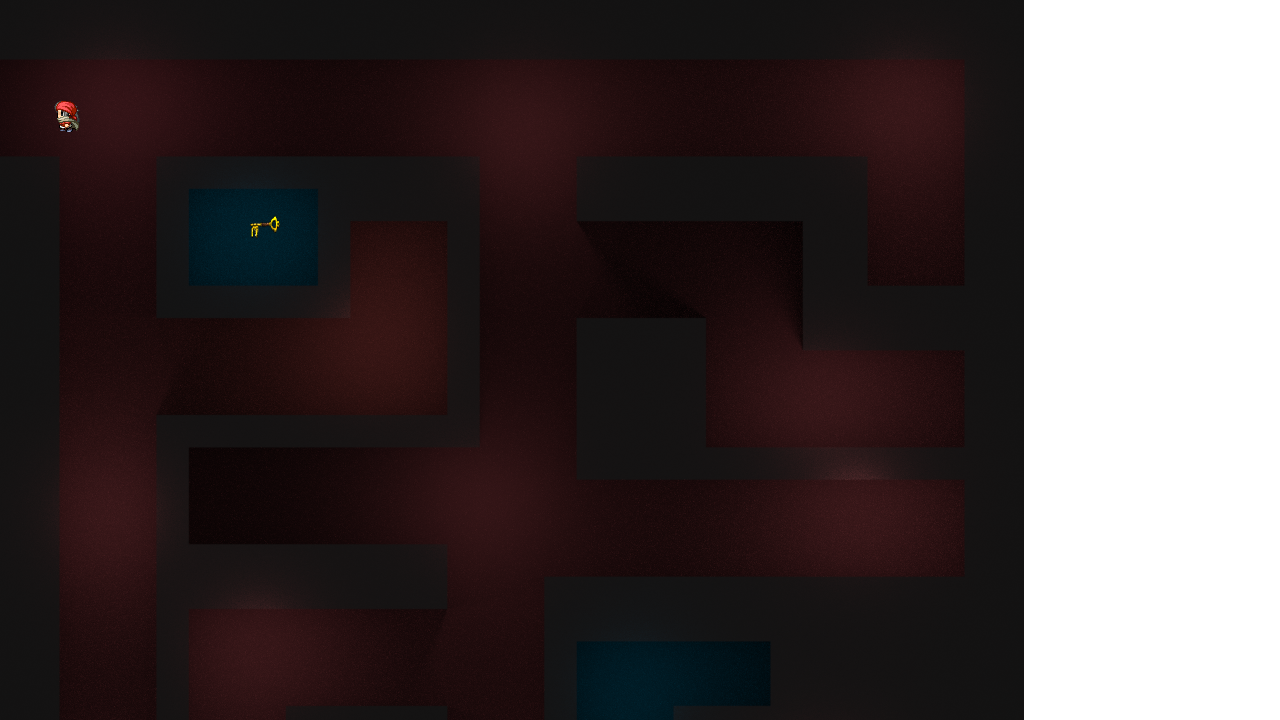
Repository: shiducai/trabajos-U.A.
Page: trabajo07/workspace/index.html
The author's editor kept a record of every edit. The page is drawn from the files as they stood at one moment, then again after the next edit.
The browser window is 1280 px wide. The pictures show the whole page.

Above is the page before.
Console error: TypeError: Cannot read properties of null (reading 'getContext')

### trabajo07/workspace/index.html
<html>
    <head>
        <script src="js/jquery-3.3.1.min.js"></script>

       <style >

           html, body{width:100%;height:100%;margin:0px;padding:0px;overflow:hidden;}

            #escenario{position:absolute;}
            #masc{display:none;position:absolute;}
            #npc{display:none;position:absolute;}


            #menuPrincipal,#menuCreditos,#menuInstrucciones,#menuLose,#menuWin,#menuControles{
                width:400;
                height:400;
                position:absolute;
                color:white;
                font-size:30px;
                text-align:center;
                font-family:menuPrincipal;
             }
              #menuInstrucciones{
                display:none;
             }
             #menuControles{
                display:none;
             }

             #menuLose{
                display:none;
             }
             #menuWin{
                display:none;
            }


       </style>



    </head>
    <body>


        <canvas id="escenario" width=1024px height=1024px></canvas>
        <canvas id="masc" width=1024px height=1024px></canvas>
        <canvas id= "npc" width=1024px height=1024px></canvas>
        <canvas id="lvl2" width=1024px height=1024px></canvas>
        <canvas id="lvl2masc" width=1024px height=1024px></canvas>

         <div id="menuPrincipal">

                 <p id="inicio"> Inicio </p>
                 <p id="instrucciones"> Instrucciones </p>
                 <p id="controles"> Controles </p>

                   </div>
                <div id="menuLose">

                <p class="reiniciar"> Volver al menu inicial </p>

                </div>
                 <div id="menuInstrucciones">
                   tienes que llegar al final del laberinto aunque no todo es lo que parece
                    <p class="volverMenu"> Volver al menu inicial </p>
                </div>

                <div id="menuControles">
                    A: moverte hacia la izquierda / D: moverte hacia la derecha / W: moverte hacia arriba / s: moverte hacia abajo / e :interactuar
                    <p class="volverMenu"> Volver al menu inicial </p>
                </div>
                 <div id="menuWin">
                 has conseguido salir del primer laberinto, quien sabe lo que te esparera despues
                <p class="nivel2"> nivel 2 </p>
                <p class="reiniciar"> Volver al menu inicial </p>
                </div>




        <script src="js/condicionesIniciales.js"></script>

        <script src="js/controles.js"></script>
        <script src="js/inicioMap1.js"></script>
        <script src="js/bucleMap1.js"></script>
        <script src="js/buclemap2.js"></script>
    </body>
</html>

### trabajo07/workspace/js/condicionesIniciales.js
///////////////////mapa//////////////

var contextoEscenario = document.getElementById("escenario").getContext("2d")
var imgEscenario = new Image();imgEscenario.src="imagenes/mazmorra.png"

//////////////////mascarilla//////////////

var contextoMasc = document.getElementById("masc").getContext("2d")
var imgMasc = new Image();imgMasc.src="imagenes/mascmaz.png"

/////////////////////contexto npc////////

var contextoNpc = document.getElementById("npc").getContext("2d")

/////////////personaje////////////////
var imgPersonaje = new Image();imgPersonaje.src="imagenes/personaje.png"

var posxPerMap1 = 50;
var posyPerMap1 = 100;
var vidas = 1;
var llaves = 0;

var accion = false;
var contadorPer = 0;
var direccion ="";
var colision = "";
var myw = false;
var mys =false;
var mxi = false;
var mxd = false;

/////////alien///////////
var imgAlien = new Image();imgAlien.src = "imagenes/alien.png"

var posxAlien = 190;
var posyAlien = 750;


/////////////////llaves////////////

var imgLlave = new Image();imgLlave.src="imagenes/llave.png"
var contadorLlaves = 0;

//////llave1

var posxLlave1Map1 = 250;
var posyLlave1Map1 = 215;


//////llave2

var posxLlave2Map1 = 630;
var posyLlave2Map1 = 800;

//////llave3

var posxLlave3Map1 = 240;
var posyLlave3Map1 = 800;

//////////////////////////////////////

//////////////////puertas/////////////

var imgPuerta = new Image();imgPuerta.src="imagenes/puertas.png"
var contadorPuertas = 0;

////puerta 1///////////////

var posxPuerta1Map1 = 480;
var posyPuerta1Map1 = 320;

////puerta 2///////////////

var posxPuerta2Map1 = 450;
var posyPuerta2Map1 = 760;

////////////general/////////////

var millis = 1000/fps;
setTimeout("inicioMap1()",1000)
var temporizador;
var fps = 100;



/////////////////////lvl2//////////////////////

/////////mapa/////////////

var contextoLevel2 = document.getElementById("lvl2").getContext("2d")
var imgLevel2= new Image();imgLevel2src="imagenes/mazmorra.png"

//////////////////mascarilla//////////////

var contextoLevel2Masc = document.getElementById("level2masc").getContext("2d")
var imgLevel2Masc = new Image();imgLevel2Masc.src="imagenes/lvl2masc.png"

/////////////personaje////////////////

var posxPerMap1 = 50;
var posyPerMap1 = 100;
var vidas = 1;
var llaves = 0;

var accion = false;
var contadorPer = 0;
var direccion ="";
var colision = "";
var myw = false;
var mys =false;
var mxi = false;
var mxd = false;


///////////////////////////////////////////////


/////////////menus///////////////

$("#inicio").click(function(){
    $("#menuPrincipal").fadeOut("slow")
    inicioMap1();
    bucleMap1();


})
$("#instrucciones").click(function(){
    $("#menuPrincipal").fadeOut("slow")
    $("#menuInstrucciones").fadeIn("slow")
})
$("#controles").click(function(){
    $("#menuPrincipal").fadeOut("slow")
    $("#menuControles").fadeIn("slow")

})
$(".volverMenu").click(function(){
    $("#menuInstrucciones").fadeOut("slow")
    $("#menuControles").fadeOut("slow")
    $("#menuPrincipal").fadeIn("slow")

})
$(".reiniciar").click(function(){
   location.reload();


})

$(".nivel2").click(function(){
   buclemap2();


})

### trabajo07/workspace/js/controles.js
     $(document).keydown(function (event) {
                if (event.key == "w") {
                    myw = true;
                    direccion = "w";
                    contadorPer++;
                }


                if (event.key == "a") {
                    mxi = true;
                    direccion = "a";
                    contadorPer++;
                }
                if (event.key == "d") {
                    mxd = true;
                    direccion = "d";
                    contadorPer++;
                }
                if (event.key == "s") {
                    mys = true;
                    direccion = "s";
                    contadorPer++;
                }
                if (event.key == "e") {
                    accion = true;
                }
            });
             $(document).keyup(function (event) {
                if (event.key == "w") { myw = false;contadorPer= 0}
                if (event.key == "a") { mxi = false;contadorPer = 0}
                if (event.key == "d") { mxd = false;contadorPer = 0}
                if (event.key == "s") { mys = false;contadorPer = 0}
                if (event.key == "e") { accion = false;}
            });

### trabajo07/workspace/js/inicioMap1.js
function inicioMap1(){

    ///////////////dibujo lo inicial //////////////
    contextoEscenario.drawImage(imgEscenario,0,0);
    contextoMasc.drawImage(imgMasc,0,0);
    contextoEscenario.drawImage(imgPersonaje,0,32,32,32,posxPerMap1,posyPerMap1,32,32);
    contextoEscenario.drawImage(imgLlave,posxLlave1Map1,posyLlave1Map1);
    contextoMasc.drawImage(imgLlave,posxLlave1Map1,posyLlave1Map1);
    contextoEscenario.drawImage(imgLlave,posxLlave2Map1,posyLlave2Map1);
    contextoMasc.drawImage(imgLlave,posxLlave2Map1,posyLlave2Map1);

    temporizador = setTimeout("bucle()",1000)

}

### trabajo07/workspace/js/bucleMap1.js
function bucleMap1(){
    contextoMasc.clearRect(0,0,1024,1024);
    contextoEscenario.clearRect(0,0,1024,1024);


    contextoEscenario.drawImage(imgEscenario,0,0);
    contextoMasc.drawImage(imgMasc,0,0);


    /////dibujo llaves////////

    contextoEscenario.drawImage(imgLlave,posxLlave1Map1,posyLlave1Map1);
    contextoMasc.drawImage(imgLlave,posxLlave1Map1,posyLlave1Map1);

    contextoEscenario.drawImage(imgLlave,posxLlave2Map1,posyLlave2Map1);
    contextoMasc.drawImage(imgLlave,posxLlave2Map1,posyLlave2Map1);

    contextoEscenario.drawImage(imgLlave,posxLlave3Map1,posyLlave3Map1);
    contextoMasc.drawImage(imgLlave,posxLlave3Map1,posyLlave3Map1);


    ///donijo puertas////////
    contextoEscenario.drawImage(imgPuerta,0,0,120,112,posxPuerta1Map1,posyPuerta1Map1,95,80);
    contextoMasc.drawImage(imgPuerta,0,0,120,112,posxPuerta1Map1,posyPuerta1Map1,95,80);

    contextoEscenario.drawImage(imgPuerta,0,0,120,112,posxPuerta2Map1,posyPuerta2Map1,95,80);
    contextoMasc.drawImage(imgPuerta,0,0,120,112,posxPuerta2Map1,posyPuerta2Map1,95,80);






    ////////////////colisiones//////////

        /////abajo/////


            var alfaS = contextoMasc.getImageData(posxPerMap1+16,posyPerMap1+32,1,1).data[3]
                if(alfaS == 0){
                      colision ="";
                }else{
                    mys = false;
                    colision ="s";
                    }


        /////arriba/////


            var alfaW = contextoMasc.getImageData(posxPerMap1+16,posyPerMap1,1,1).data[3]
                if(alfaW == 0){
                    colision ="";
                }else{
                    myw = false;
                    colision = "w";
                    }


        /////derecha//////


            var alfaD = contextoMasc.getImageData(posxPerMap1+32,posyPerMap1+16,1,1).data[3]
                if(alfaD == 0){
                    colision = "";
                }else{
                    mxd = false;
                    colision = "d";
                    }

        ////izquierda//////

            var alfaA = contextoMasc.getImageData(posxPerMap1,posyPerMap1+16,1,1).data[3]
                if(alfaA == 0){
                    colision = "";
                }else{
                    mxi = false;
                    colision = "a";
                    }

            if (posxPerMap1 <=5){mxi = false}

           /////////////////colision/accion objetos/////////////////
           ////llaves//////

           if(accion == true){
               if(posxPerMap1 >=posxLlave1Map1 - 15
               && posxPerMap1 <= posxLlave1Map1 + 45
               && posyPerMap1 >= posyLlave1Map1 - 15
               && posyPerMap1 <= posyLlave1Map1 + 40){

                   llaves = 1;
                   posxLlave1Map1 = -1000;



               }
                if(posxPerMap1 >= posxLlave2Map1 - 15
               && posxPerMap1 <= posxLlave2Map1 + 45
               && posyPerMap1 >= posyLlave2Map1 - 15
               && posyPerMap1 <= posyLlave2Map1 + 40){

                   llaves = 2;
                   posxLlave2Map1 = -1000;



               }

                if(posxPerMap1 >= posxLlave3Map1 - 15
               && posxPerMap1 <= posxLlave3Map1 + 45
               && posyPerMap1 >= posyLlave3Map1 - 15
               && posyPerMap1 <= posyLlave3Map1 + 40){

                    posxLlave3Map1 = -1000;
                    contextoEscenario.drawImage(imgAlien,posxAlien,posyAlien);
                    contextoMasc.drawImage(imgAlien,posxAlien,posyAlien);
                    vidas--


               }

               if(llaves == 1){
                    if(posxPerMap1 >= posxPuerta1Map1 -30
                    && posxPerMap1 <= posxPuerta1Map1 + 80
                    && posyPerMap1 >= posyPuerta1Map1 -50
                    && posyPerMap1 <= posyPuerta1Map1 +30){

                       posxPuerta1Map1 = -1000;
                  /*    for(var i ; i < 2; i++){
                         contextoEscenario.drawImage(imgPuerta,i*120,0,120,112,posxPuerta1Map1,posyPuerta1Map1,95,80)

                         if (i == 3){
                             posxPuerta1Map1 = -1000;
                         }
                      }*/


                    }
                   }

                   if(llaves == 2){
                   if(posxPerMap1 >= posxPuerta2Map1-30
                    && posxPerMap1 <= posxPuerta2Map1 +80
                    && posyPerMap1 >= posyPuerta2Map1 -50
                    && posyPerMap1 <= posyPuerta2Map1 +30){

                       posxPuerta2Map1 = -1000;
                    /*  for(var q ; q < 2; q++){
                         contextoEscenario.drawImage(imgPuerta,q*120,0,120,112,posxPuerta2Map1,posyPuerta2Map1,95,80)

                         if (i == 3){
                             posxPuerta2Map1 = -1000;
                         }
                      }*/



                   }
               }
           }



            ////////////win//////////
            if(posxPerMap1 >= 880 && posyPerMap1 >= 990){
                $("#escenario").fadeOut("slow")
                $("#menuWin").fadeIn("slow")
            }
    ///////////////////////////////////////////////////////
            ///////lose/////////
            if(vidas == 0){
                $("#menuLose").fadeIn("slow")
            }

    /////////movimiento//////////////

    if(myw == true){posyPerMap1 -= 3}
    if(mys == true){posyPerMap1 += 3}
    if(mxi == true){posxPerMap1 -= 3}
    if(mxd == true){posxPerMap1 += 3}

    /////////////////////////////////dibujo///////

                    switch (direccion) {
                        case "w":
                            contextoEscenario.drawImage(imgPersonaje,contadorPer*32,96,32,32,posxPerMap1,posyPerMap1,32,32)
                            break;

                        case "s":
                            contextoEscenario.drawImage(imgPersonaje,contadorPer*32,0,32,32,posxPerMap1,posyPerMap1,32,32)
                            break;
                        case "a":
                            contextoEscenario.drawImage(imgPersonaje,contadorPer*32,32,32,32,posxPerMap1,posyPerMap1,32,32)
                            break;
                            case "d":
                            contextoEscenario.drawImage(imgPersonaje,contadorPer*32,64,32,32,posxPerMap1,posyPerMap1,32,32)
                            break;
                            case "":
                            contextoEscenario.drawImage(imgPersonaje,0,64,32,32,posxPerMap1,posyPerMap1,32,32)
                            break;
                    }
                    if(contadorPer ==2){contadorPer = 0}



    console.log(llaves)
    clearTimeout(temporizador)
    temporizador = setTimeout("bucleMap1()",millis)

}

### trabajo07/workspace/js/buclemap2.js
function bucleMap2(){
    contextoLevel2Masc.clearRect(0,0,1024,1024);
    contextoLevel2.clearRect(0,0,1024,1024);


    contextoLevel2.drawImage(imgLevel2,0+dx,0+dy);
    contextoLevel2Masc.drawImage(imgLevel2Masc,0+dx,0+dy);


    ////////////////colisiones//////////

        /////abajo/////


            var alfaSM2 = contextoLevel2Masc.getImageData(posxPerMap2+16+dx,posyPerMap2+32+dy,1,1).data[3]
                if(alfaSM2 == 0){
                      colision ="";
                }else{
                    mys = false;
                    colision ="s";
                    }


        /////arriba/////


            var alfaWM2 = contextoLevel2Masc.getImageData(posxPerMap2+16+dx,posyPerMap2+dy,1,1).data[3]
                if(alfaWM2 == 0){
                    colision ="";
                }else{
                    myw = false;
                    colision = "w";
                    }


        /////derecha//////


            var alfaDM2 = contextoLevel2Masc.getImageData(posxPerMap2+32+dx,posyPerMap2+16+dy,1,1).data[3]
                if(alfaDM2 == 0){
                    colision = "";
                }else{
                    mxd = false;
                    colision = "d";
                    }

        ////izquierda//////

            var alfaAM2 = contextoLevel2Masc.getImageData(posxPerMap2+dx,posyPerMap2+16+dy,1,1).data[3]
                if(alfaAM2 == 0){
                    colision = "";
                }else{
                    mxi = false;
                    colision = "a";
                    }

            if (posxPerMap2+dx <=5){mxi = false}


            ////////////win//////////
            if(posxPerMap2+dx <= 260 && posyPerMap2+dy <= 200){
                $("#lvl2").fadeOut("slow")
                $("#menuWin2").fadeIn("slow")
            }

    /////////movimiento//////////////

    if(myw == true){posyPerMap2 -= 3}
    if(mys == true){posyPerMap2 += 3}
    if(mxi == true){posxPerMap2 -= 3}
    if(mxd == true){posxPerMap2 += 3}










    posxPerMap2 = posxPerMap2 +dx;
    posyPerMap2 = posyPerMap2 +dy

        /////////////////////////desfase///////////////

     if(posxPerMap2 + dx > 400){dx-=5}
     if(posxPerMap2 + dx < 100){dx+=5}
     if(posyPerMap2 + dy > 400){dy-=5}
     if(posyPerMap2 + dy < 100){dy+=5}

    ///////////////////////////////////////////////

    /////////////////////////////////dibujo///////

                    switch (direccion) {
                        case "w":
                            contextoLevel2.drawImage(imgPersonaje,contadorPer*32,96,32,32,posxPerMap2+dx,posyPerMap2+dy,32,32)
                            break;

                        case "s":
                            contextoLevel2.drawImage(imgPersonaje,contadorPer*32,0,32,32,posxPerMap2+dx,posyPerMap2+dy,32,32)
                            break;
                        case "a":
                            contextoLevel2.drawImage(imgPersonaje,contadorPer*32,32,32,32,posxPerMap2+dx,posyPerMap2+dy,32,32)
                            break;
                            case "d":
                            contextoLevel2.drawImage(imgPersonaje,contadorPer*32,64,32,32,posxPerMap2+dx,posyPerMap2+dy,32,32)
                            break;
                            case "":
                            contextoLevel2.drawImage(imgPersonaje,0,64,32,32,posxPerMap2+dx,posyPerMap2+dy,32,32)
                            break;
                    }
                    if(contadorPer ==2){contadorPer = 0}






    clearTimeout(temporizador)
    temporizador = setTimeout("bucleMap2()",millis)

}

Loaded but not shown: trabajo07/workspace/js/jquery-3.3.1.min.js (library)

After the next edit:
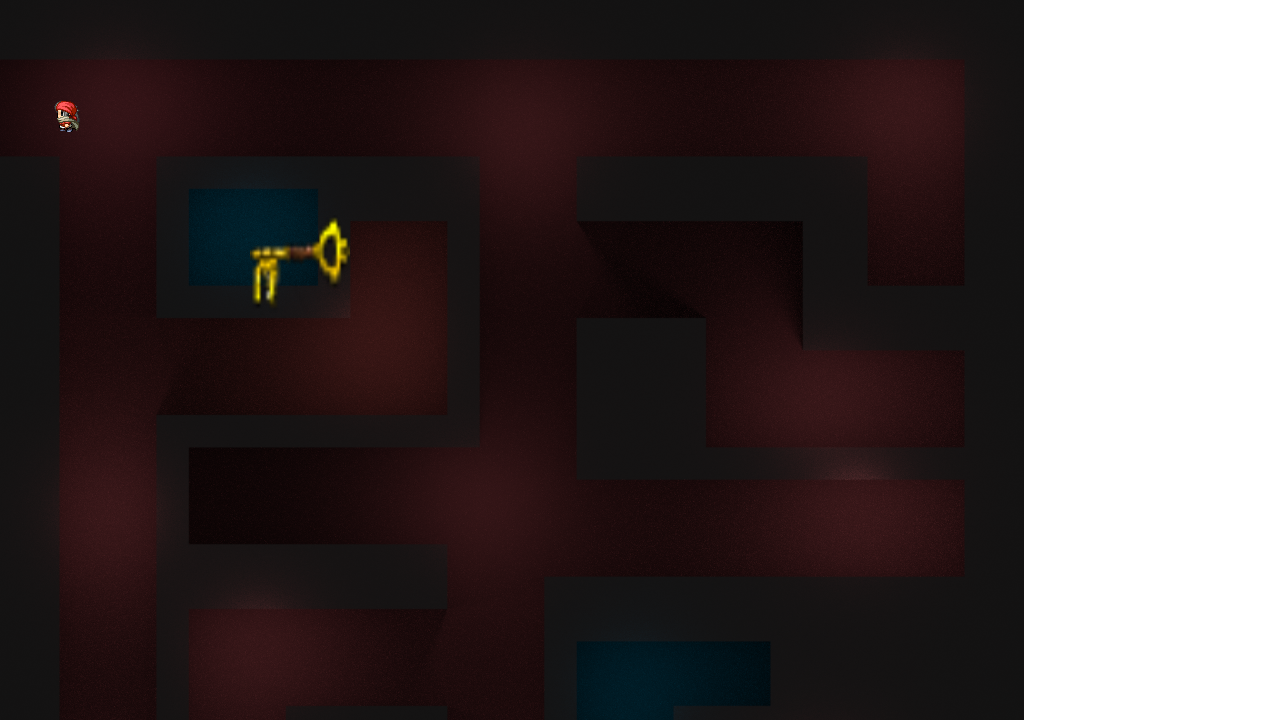
The edit:
--- a/trabajo07/workspace/js/inicioMap1.js
+++ b/trabajo07/workspace/js/inicioMap1.js
@@ -4,7 +4,7 @@
     contextoEscenario.drawImage(imgEscenario,0,0);
     contextoMasc.drawImage(imgMasc,0,0);
     contextoEscenario.drawImage(imgPersonaje,0,32,32,32,posxPerMap1,posyPerMap1,32,32);
-    contextoEscenario.drawImage(imgLlave,posxLlave1Map1,posyLlave1Map1);
+    contextoEscenario.drawImage(imgLlave,posxLlave1Map1,posyLlave1Map1,100,100);
     contextoMasc.drawImage(imgLlave,posxLlave1Map1,posyLlave1Map1);
     contextoEscenario.drawImage(imgLlave,posxLlave2Map1,posyLlave2Map1);
     contextoMasc.drawImage(imgLlave,posxLlave2Map1,posyLlave2Map1);
